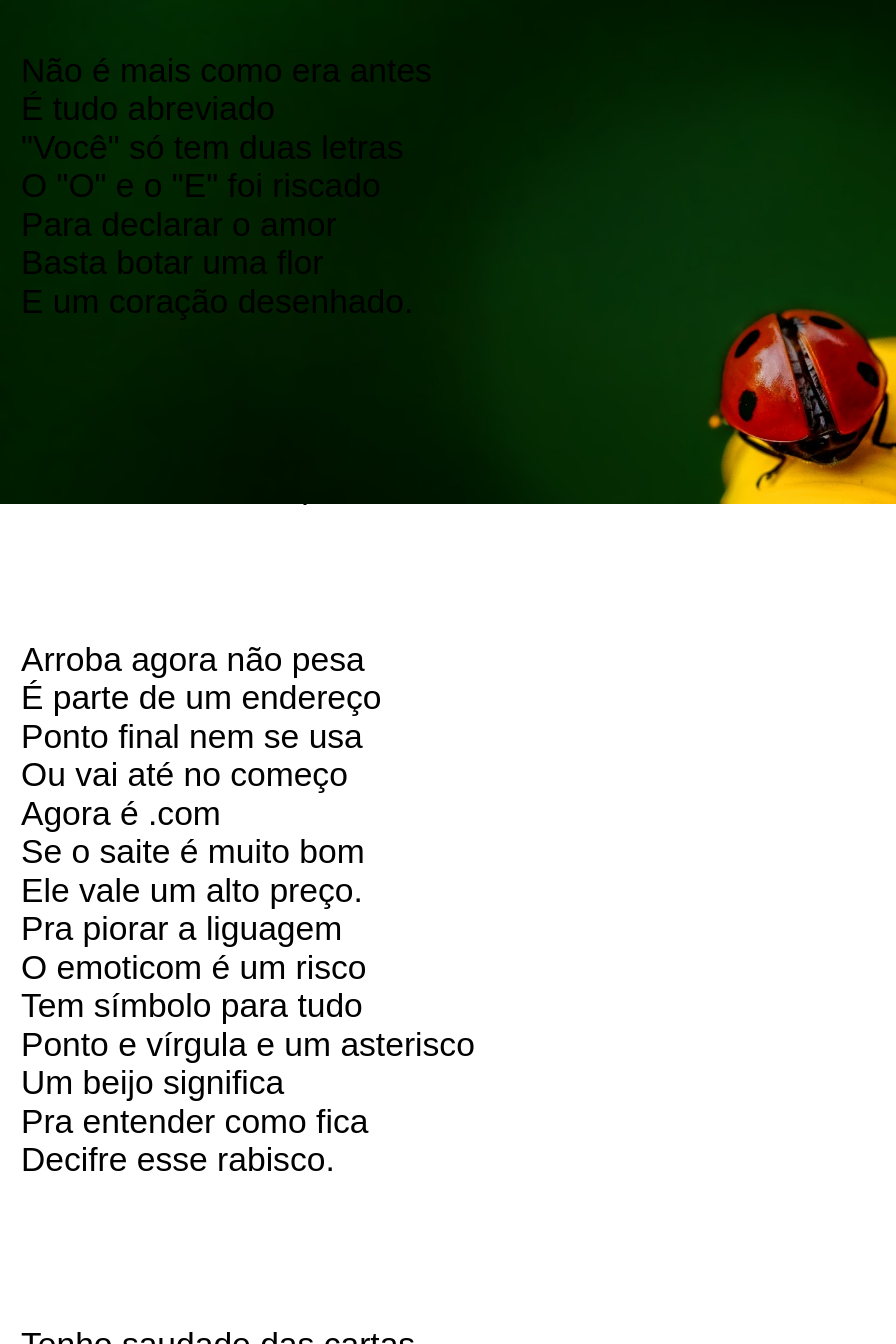
Repository: jorgprado/curso-html-css-Guanabara
Page: exec-pag-cordel/index.html
These files come from the project's save history. The page is drawn as it stood at one moment and after a run of saves; the edit follows.
The browser window is 1280 px wide. The pictures show the part of the page from y = 0 to 1920 px (the page is 3430 px tall), at 70% of full size.
Some web fonts or font styles are not loaded; a fallback is used.

Above is the page before, as saved 2023-05-18 16:00:42.

After the next 2 saves:
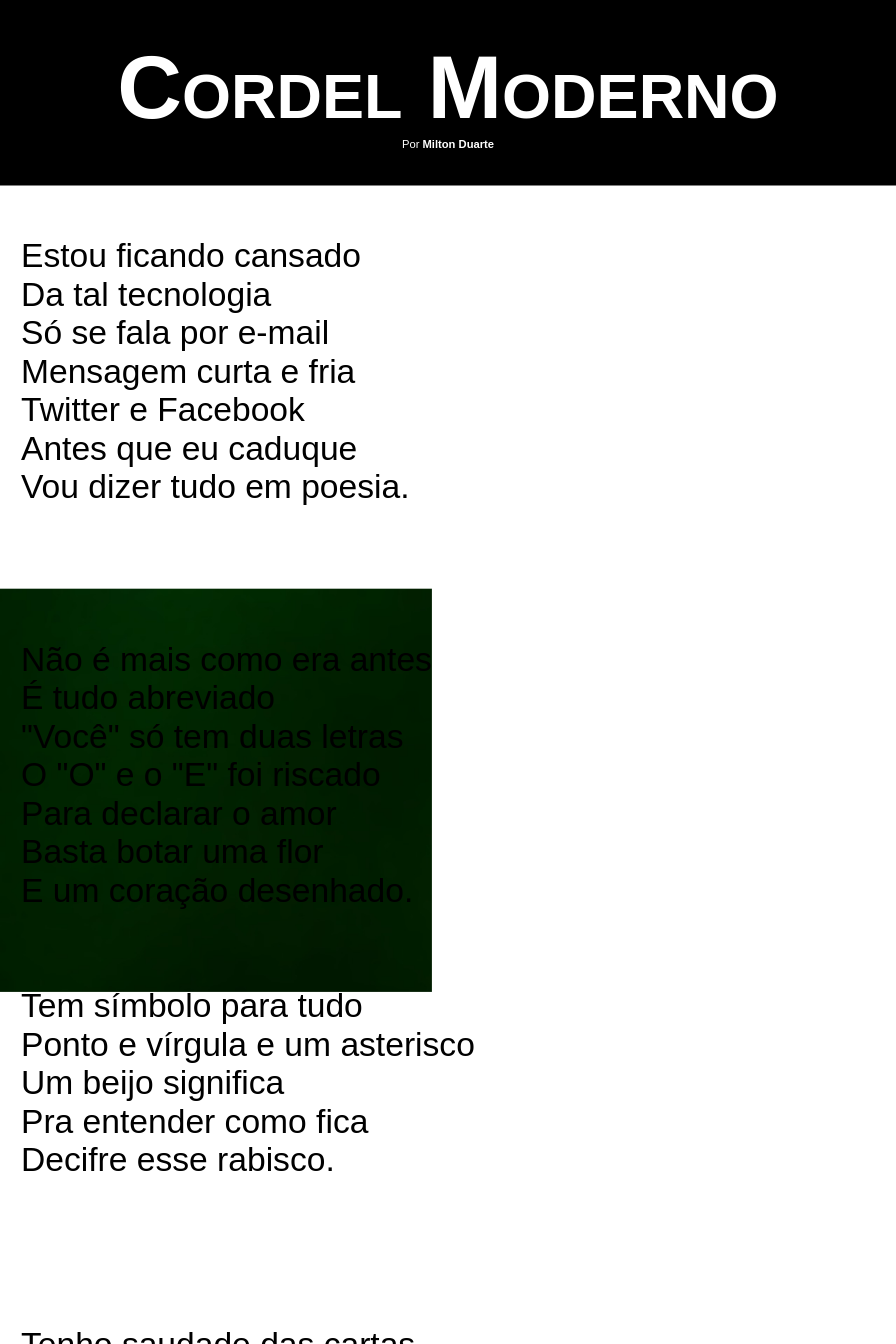
The 2 saves are shown as one change because they came seconds apart.
The last was saved 18 s later.
--- a/exec-pag-cordel/estilos/style.css
+++ b/exec-pag-cordel/estilos/style.css
@@ -52,8 +52,4 @@ main article .box p{
 main article .box-img{
     background-image: url(../imagens/background001.jpg);
     position: absolute;
-    top: 0;
-     right: 0;
-     bottom: 0;
-    left: 0;
 }
